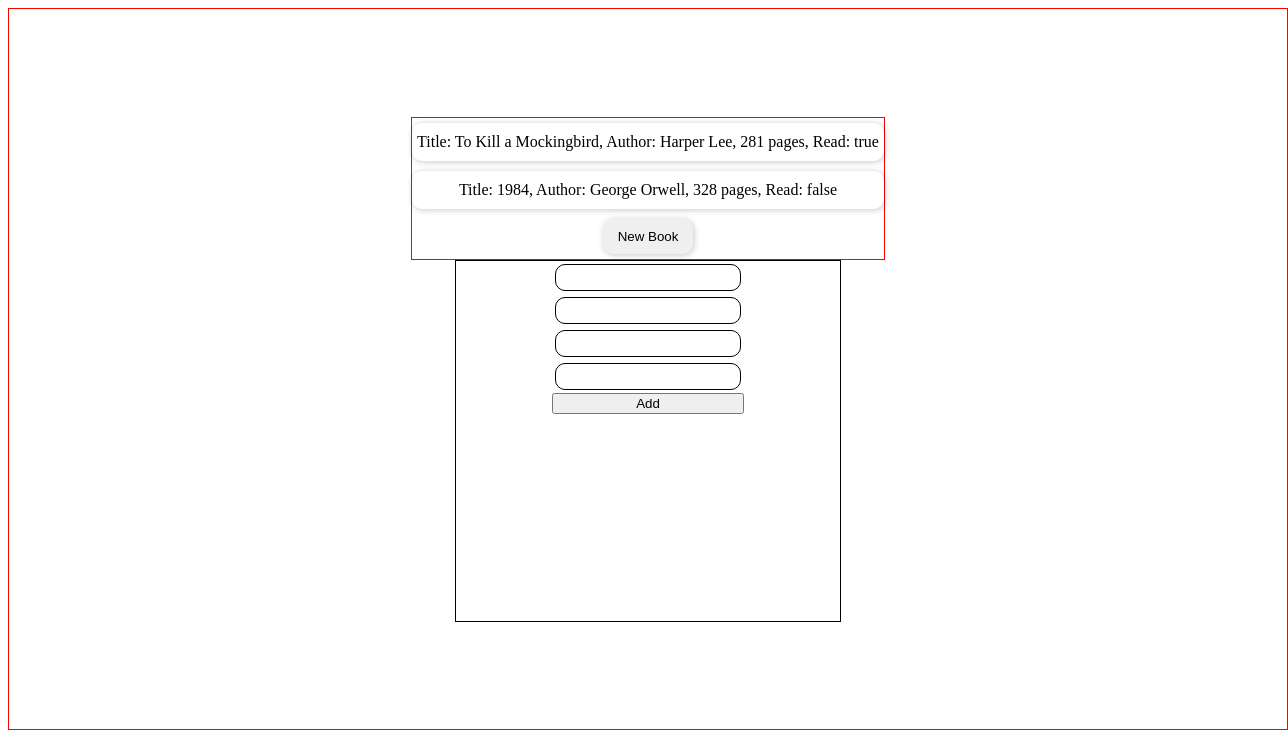
Repository: kocokoy/library
Page: index.html
These files come from the project's save history. The page is drawn as it stood at one moment and after the next save; the edit follows.
The browser window is 1280 px wide. The page is 1288 px wide, so the pictures cover 1288 px, including what lies to the right of the window. The pictures show the whole page.

Above is the page before, as saved 2024-11-06 09:15:12.

After the next save:
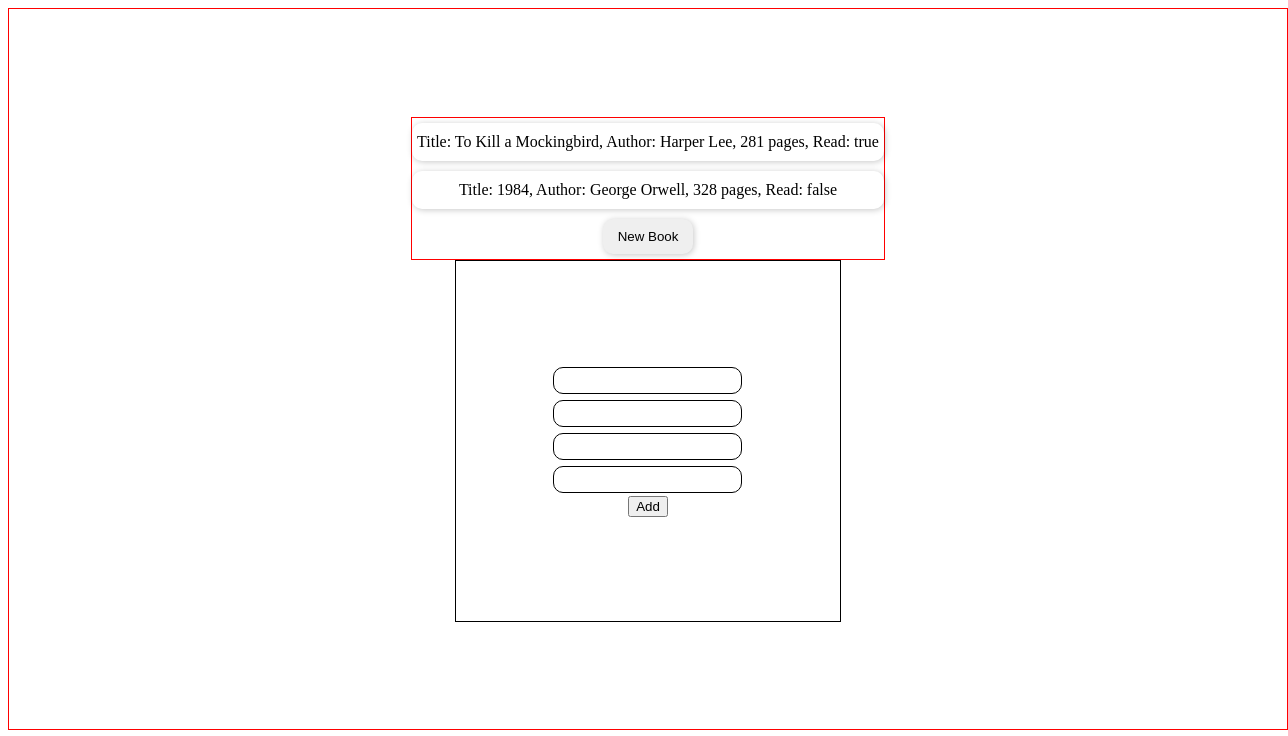
Saved 14 s later.
--- a/style.css
+++ b/style.css
@@ -58,10 +58,12 @@ body{
 }
 
 .add-new-book-card div{
-  height: 100%;
+  height: 0%;
   width: 50%;
   display: flex;
   flex-direction: column;
+  align-items: center;
+  justify-content: center;
 }
 
 input{
